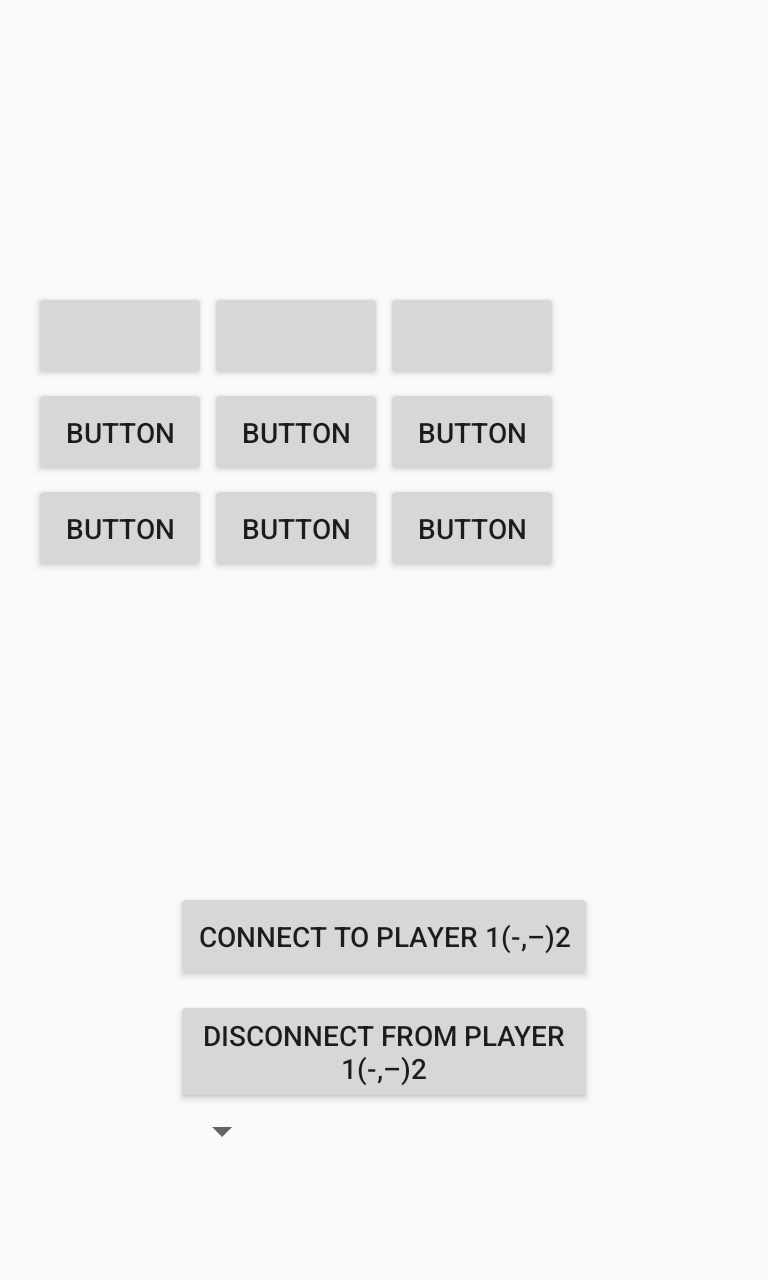
Repository: BananaGames/telecommProject
Layout: client/TelecommClient/res/layout/activity_main.xml
An editor plug-in stored every save of this project. The layout is shown before and after the next save, followed by the edit.
It is drawn on a 768 x 1280 px phone screen (xhdpi) without system bars, with theme AppTheme; the app's code is not run.

Above is the layout before, as saved 2014-11-17 23:48:20.

### client/TelecommClient/res/layout/activity_main.xml
<RelativeLayout xmlns:android="http://schemas.android.com/apk/res/android"
    xmlns:tools="http://schemas.android.com/tools"
    android:layout_width="match_parent"
    android:layout_height="match_parent"
    android:paddingBottom="@dimen/activity_vertical_margin"
    android:paddingLeft="@dimen/activity_horizontal_margin"
    android:paddingRight="@dimen/activity_horizontal_margin"
    android:paddingTop="@dimen/activity_vertical_margin"
    tools:context="com.example.telecommclient.MainActivity" >

    <Button
        android:id="@+id/buttonConnect"
        android:layout_width="wrap_content"
        android:layout_height="wrap_content"
        android:layout_alignParentBottom="true"
        android:layout_centerHorizontal="true"
        android:layout_marginBottom="132dp"
        android:text="@string/connect_string" />

    <Button
        android:id="@+id/button2"
        android:layout_width="wrap_content"
        android:layout_height="wrap_content"
        android:layout_alignLeft="@+id/buttonConnect"
        android:layout_alignRight="@+id/buttonConnect"
        android:layout_alignTop="@+id/buttonConnect"
        android:layout_marginTop="54dp"
        android:text="@string/disconnect_string" />

    <Spinner
        android:id="@+id/spinner1"
        android:layout_width="wrap_content"
        android:layout_height="wrap_content"
        android:layout_alignLeft="@+id/button2"
        android:layout_below="@+id/button2" />

    <TableLayout
        android:layout_width="wrap_content"
        android:layout_height="wrap_content"
        android:layout_above="@+id/buttonConnect"
        android:layout_alignParentLeft="true"
        android:layout_marginBottom="156dp" >

        <TableRow
            android:id="@+id/tableRow1"
            android:layout_width="wrap_content"
            android:layout_height="wrap_content" >

            <Button
                android:id="@+id/buttonTopLeft"
                android:layout_width="wrap_content"
                android:layout_height="wrap_content" />

            <Button
                android:id="@+id/buttonTopMiddle"
                android:layout_width="wrap_content"
                android:layout_height="wrap_content" />

            <Button
                android:id="@+id/buttonTopRight"
                android:layout_width="wrap_content"
                android:layout_height="wrap_content" />

        </TableRow>

        <TableRow
            android:id="@+id/tableRow2"
            android:layout_width="wrap_content"
            android:layout_height="wrap_content" >

            <Button
                android:id="@+id/button6"
                android:layout_width="wrap_content"
                android:layout_height="wrap_content"
                android:text="Button" />

            <Button
                android:id="@+id/button7"
                android:layout_width="wrap_content"
                android:layout_height="wrap_content"
                android:text="Button" />

            <Button
                android:id="@+id/button8"
                android:layout_width="wrap_content"
                android:layout_height="wrap_content"
                android:text="Button" />

        </TableRow>

        <TableRow
            android:id="@+id/tableRow3"
            android:layout_width="wrap_content"
            android:layout_height="wrap_content" >

            <Button
                android:id="@+id/button9"
                android:layout_width="wrap_content"
                android:layout_height="wrap_content"
                android:text="Button" />

            <Button
                android:id="@+id/button10"
                android:layout_width="wrap_content"
                android:layout_height="wrap_content"
                android:text="Button" />

            <Button
                android:id="@+id/button11"
                android:layout_width="wrap_content"
                android:layout_height="wrap_content"
                android:text="Button" />

        </TableRow>
    </TableLayout>

</RelativeLayout>

### client/TelecommClient/res/values/strings.xml
<?xml version="1.0" encoding="utf-8"?>
<resources>

    <string name="app_name">TelecommClient</string>
    <string name="hello_world">Hello world!</string>
    <string name="action_settings">Settings</string>
    <string name="connect_string">Connect to Player 1(-,&#8211;)2</string>
	<string name="disconnect_string">Disconnect from Player 1(-,&#8211;)2</string>

</resources>

Loaded but not shown: client/TelecommClient/res/values/styles.xml (common file); client/TelecommClient/res/values-v11/styles.xml (common file); client/TelecommClient/res/values-v14/styles.xml (common file); client/TelecommClient/res/values/dimens.xml (common file); client/TelecommClient/res/values-w820dp/dimens.xml (common file)

After the next save:
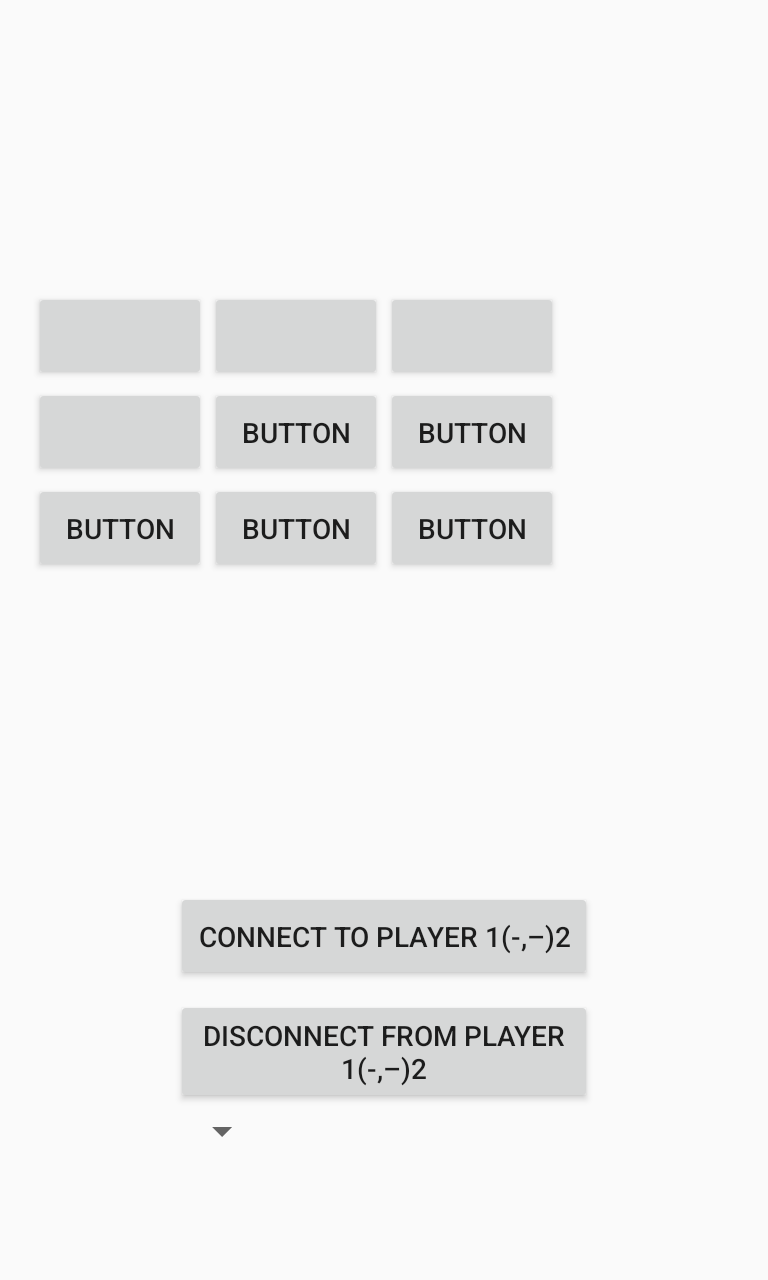
Saved 52 s later.
--- a/client/TelecommClient/res/layout/activity_main.xml
+++ b/client/TelecommClient/res/layout/activity_main.xml
@@ -69,10 +69,9 @@
             android:layout_height="wrap_content" >
 
             <Button
-                android:id="@+id/button6"
+                android:id="@+id/buttonMidLeft"
                 android:layout_width="wrap_content"
-                android:layout_height="wrap_content"
-                android:text="Button" />
+                android:layout_height="wrap_content"/>
 
             <Button
                 android:id="@+id/button7"
